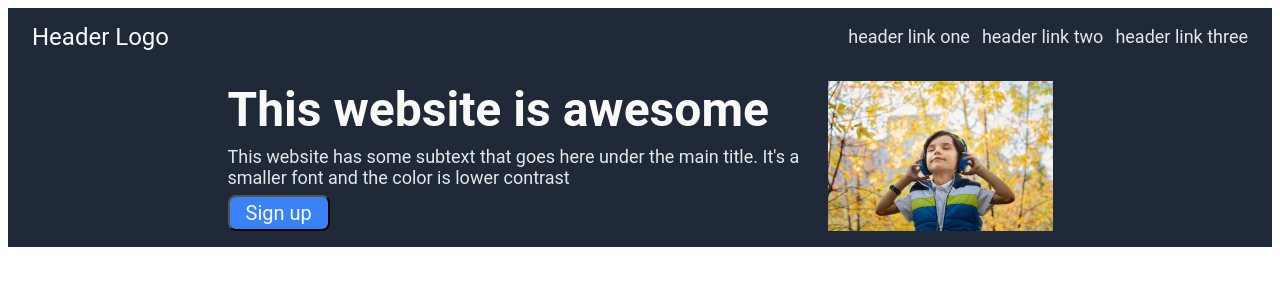
Repository: z1youRA/FirstWebsite
Page: index.html
An editor plug-in stored every save of this project. The page is shown before and after the next save, followed by the edit.
The browser window is 1280 px wide. The pictures show the whole page.

Above is the page before, as saved 2021-11-25 17:30:55.

### index.html
<!DOCTYPE html>
<html lang="en">
<head>
    <meta charset="UTF-8">
    <meta http-equiv="X-UA-Compatible" content="IE=edge">
    <meta name="viewport" content="width=device-width, initial-scale=1.0">
    <title>The Odin Project</title>
    <link rel="stylesheet" href="styles.css">
</head>
<body>
    <div class="hero">
        <div class="header">
            <div class="logo">Header Logo</div>
                <ul class="right-links">
                    <li><a href="google.com">header link one</a></li>
                    <li><a href="google.com">header link two</a></li>
                    <li><a href="google.com">header link three</a></li>
                </ul>
        </div>
        <div class="container">
            <div class="text">
                <div class="main">This website is awesome</div>
                <div class="secondary">This website has some subtext that goes here under the main title. It's a smaller font and the color is lower contrast</div>
                <button>Sign up</button>
            </div>
            <img src="images/hero.jpg">
        </div>
    </div>

</body>
</html>

### styles.css
* {
    font-family:roboto, 'Gill Sans', 'Gill Sans MT', Calibri, 'Trebuchet MS', sans-serif;
}

.hero {
    background-color: #1f2937;
    display: flex;
    flex-direction: column;
}

.header {
    display: flex;
    align-items: center;
    justify-content: space-between;
    padding: 0 24px 0;
    margin-bottom: 16px;
}

.container {
    display: flex;
    align-items: center;
    justify-content: center;
    margin-bottom: 16px;
}

button {
    background-color: #3882f6;
    color: #F9FAF8;
    border-radius: 8px;
    font-size: 20px;
    padding: 4px 16px;
    align-self: flex-start;
}

.text {
    display: flex;
    flex-direction: column;
    justify-content: space-between;
    height: 150px;
    max-width: 600px;
    flex-wrap: nowrap;
}

.hero img {
    max-height: 150px;
}

.header .logo {
    font-size: 24px;
    color: #F9FAF8;
}

.header .right-links {
    font-size: 18px;
    color: #e5e7eb;
    display: flex;
    flex-direction: row;
    gap: 12px;
}

.hero .main {
    font-size: 48px;
    font-weight:bolder;
    color: #F9FAF8;
}

.hero .secondary {
    font-size: 18px;
    color: #e5e7eb;
}

ul {
    list-style-type: none;
}

.header a {
    text-decoration: none;
    color: #e5e7eb;
}

After the next save:
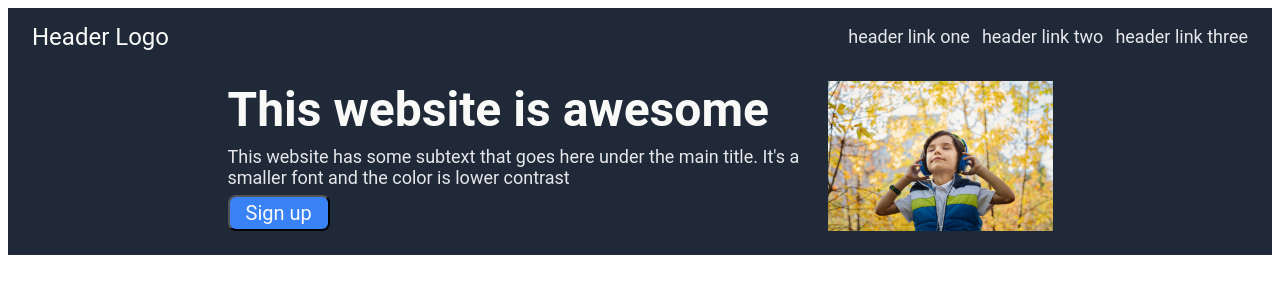
Saved 4 s later.
--- a/styles.css
+++ b/styles.css
@@ -20,7 +20,7 @@
     display: flex;
     align-items: center;
     justify-content: center;
-    margin-bottom: 16px;
+    margin-bottom: 24px;
 }
 
 button {
